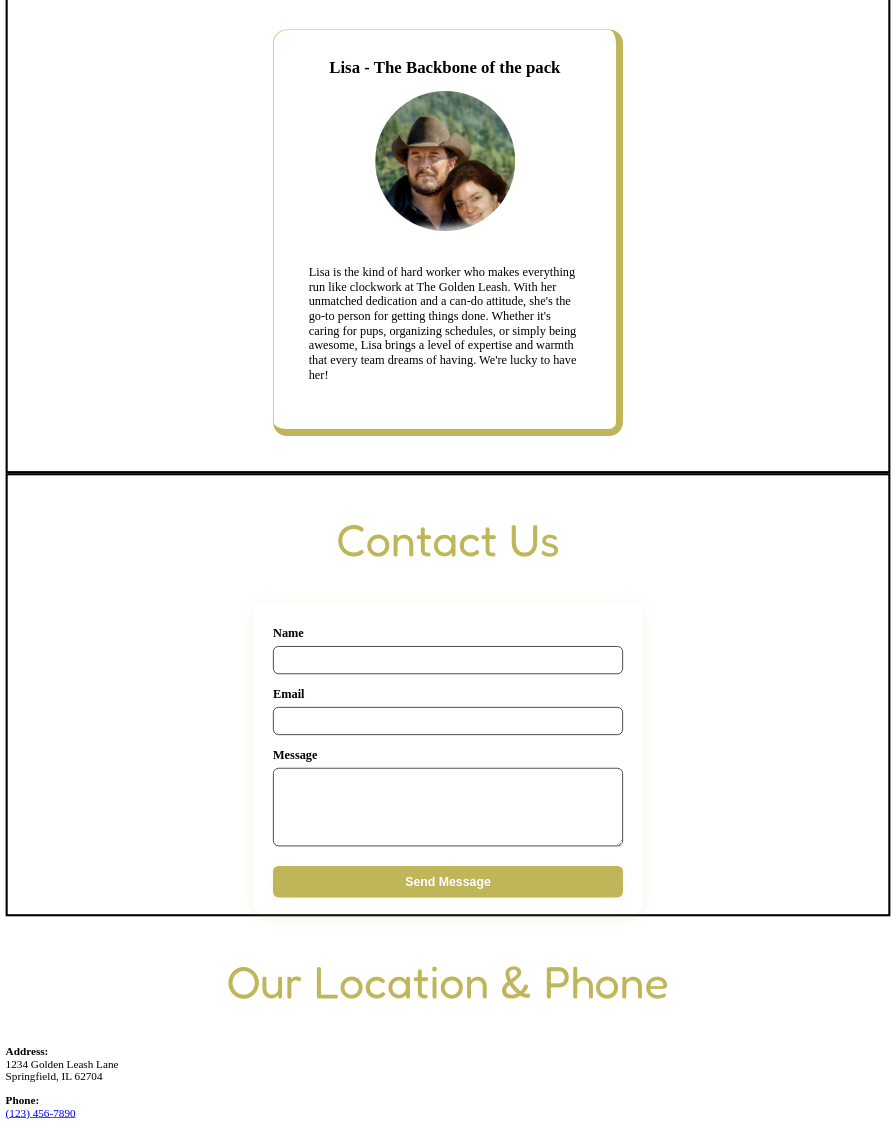
Repository: Aworminator/Thegoldenleash
Page: index.html
An editor plug-in stored every save of this project. The page is shown before and after the next save, followed by the edit.
The browser window is 1280 px wide. The pictures show the part of the page from y = 3450 to 5370 px (the page is 5065 px tall before and 5370 px after), at 70% of full size.

Above is the page before, as saved 2025-07-23 22:19:27.

After the next save:
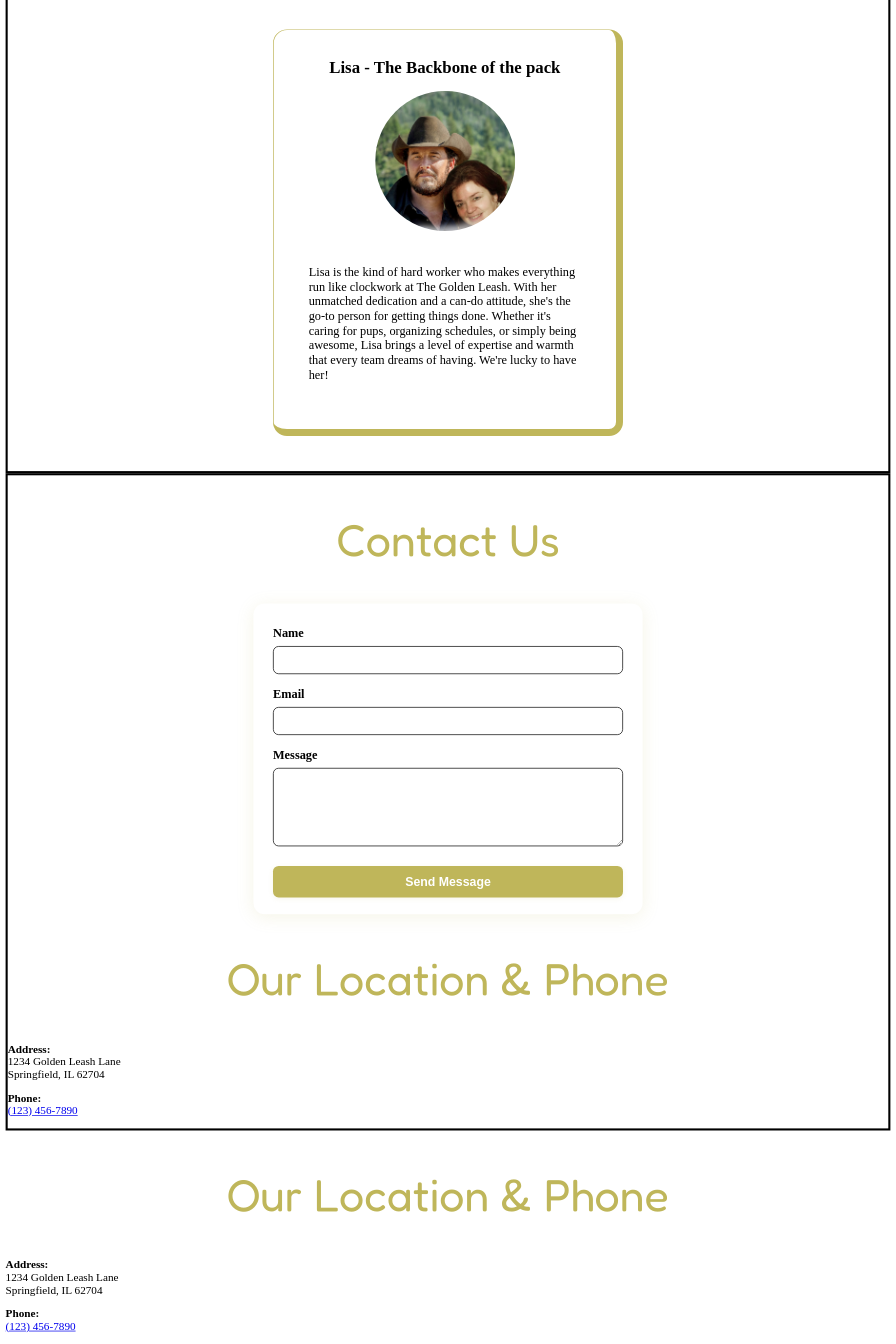
Saved 24 s later.
--- a/index.html
+++ b/index.html
@@ -158,6 +158,17 @@
         </div>
         <button type="submit" class="contact-btn">Send Message</button>
       </form>
+      <h1>Our Location & Phone</h1>
+      <div class="address-phone">
+        <p>
+          <strong>Address:</strong><br>
+          1234 Golden Leash Lane<br>
+          Springfield, IL 62704
+        </p>
+        <p>
+          <strong>Phone:</strong><br>
+          <a href="tel:+11234567890">(123) 456-7890</a>
+        </p>
     </section>
 
     <section class="contact-info">
